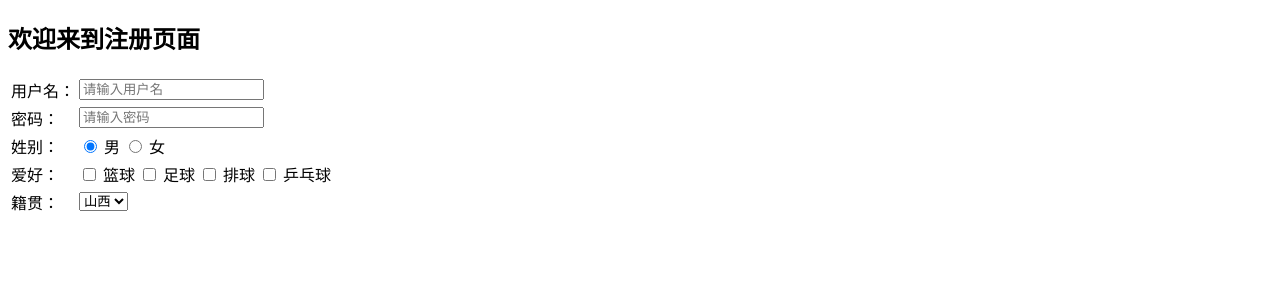
Repository: WKYQAQ/LX
Page: day02_form.html
The author's editor kept a copy of each file at every save. The page is drawn from the files as they stood at one save, then again after the next save.
The browser window is 1280 px wide. The pictures show the whole page.

Above is the page before, as saved 2020-07-22 11:54:41.

### day02_form.html
<!DOCTYPE html>
<html lang="en">
<head>
    <meta charset="UTF-8">
    <meta name="viewport" content="width=device-width, initial-scale=1.0">
    <title>注册页面</title>
</head>
<body>
    <h2>欢迎来到注册页面</h2>
    <form action="register.php" method="POST">
        <table>
            <tr>
                <td>用户名：</td>
                <td><input type="text" name="username" placeholder="请输入用户名"/></td>
            </tr>
            <tr>
                <td>密码：</td>
                <td><input type="password" name="password" placeholder="请输入密码"/></td>
                </td>
            </tr>
            <tr>
                <td>姓别：</td>
                <td>
                    <input type="radio" name="sex" value="man" checked="checked"/> 男<!--也可以checked id="man"/><label for="man">男</label>-->
                    <input type="radio" name="sex" value="male"/> 女
                </td>
            </tr>
            <tr>
                <td>爱好：</td>
                <td>
                    <input type="checkbox" name="like" value="1"/> 篮球
                    <input type="checkbox" name="like" value="2"/> 足球
                    <input type="checkbox" name="like" value="3"/> 排球
                    <input type="checkbox" name="like" value="4"/> 乒乓球
                </td>
            </tr>
            <tr>
                <td>籍贯：</td>
                <td>
                    <select name="">
                        <option value="shanxi">山西</option>
                        <option value="jiangsu">江苏</option>
                        <option value="shanghai">上海</option>
                        <option value="beijing">北京</option>
                    </select>
                </td>
            </tr>
        </table>
    </form>
</body>
</html>

After the next save:
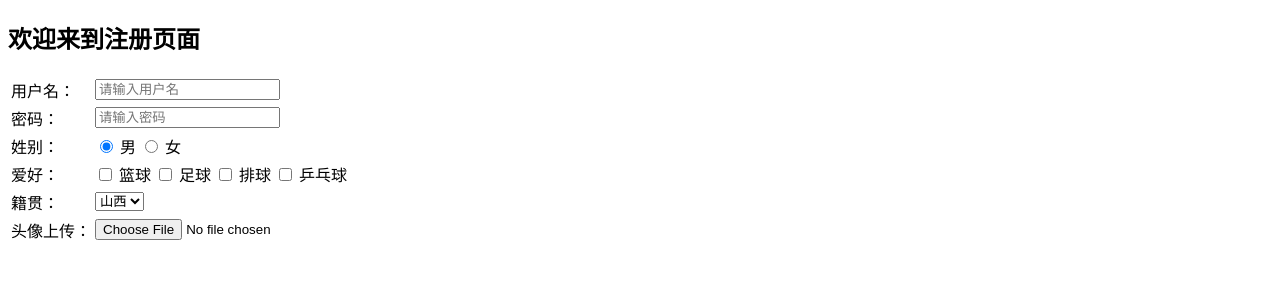
Saved 6 min 20 s later.
--- a/day02_form.html
+++ b/day02_form.html
@@ -37,7 +37,7 @@
             <tr>
                 <td>籍贯：</td>
                 <td>
-                    <select name="">
+                    <select name=""><!--<select name="" multiple>多选-->
                         <option value="shanxi">山西</option>
                         <option value="jiangsu">江苏</option>
                         <option value="shanghai">上海</option>
@@ -45,6 +45,10 @@
                     </select>
                 </td>
             </tr>
+            <tr>
+                <td>头像上传：</td>
+                <td><input type="file" name="file"></td>
+            </tr>
         </table>
     </form>
 </body>
